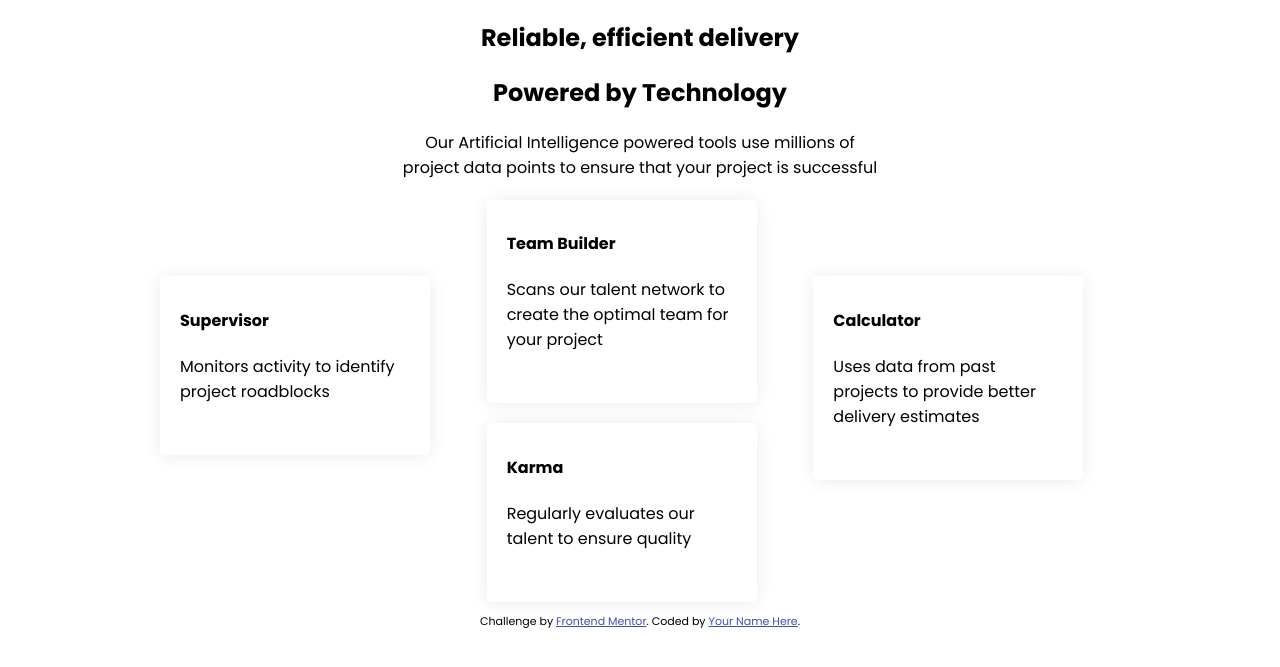
Repository: BuduCE/four-card-feature-section-master
Page: index.html
The author's editor kept a copy of each file at every save. The page is drawn from the files as they stood at one save, then again after a run of saves.
The browser window is 1280 px wide. The pictures show the whole page.

Above is the page before, as saved 2023-06-01 22:31:19.

### index.html
<!DOCTYPE html>
<html lang="en">
<head>
  <meta charset="UTF-8">
  <meta name="viewport" content="width=device-width, initial-scale=1.0"> <!-- displays site properly based on user's device -->

  <link rel="icon" type="image/png" sizes="32x32" href="./images/favicon-32x32.png">

  <title>Frontend Mentor | Four card feature section</title>

  <link rel="stylesheet" href="styles.css">
  <!-- Gogle font family -->
  <link rel="preconnect" href="https://fonts.googleapis.com">
  <link rel="preconnect" href="https://fonts.gstatic.com" crossorigin>
  <link
    href="https://fonts.googleapis.com/css2?family=Montserrat:ital,wght@0,200;0,300;0,400;0,500;0,600;0,700;0,800;0,900;1,200;1,300;1,400;1,500;1,600;1,700;1,800;1,900&family=Poppins:wght@100;200;300;400;500;700;900&display=swap"
    rel="stylesheet">
</head>
<body>
  <h2>Reliable, efficient delivery</h2>
  <h2>Powered by Technology</h2>

  <p class="header_detail">Our Artificial Intelligence powered tools use millions of project data points
  to ensure that your project is successful</p>

  <div class="product_card">
    <div class="card_containers">
      <div class="card specialX a">
        <h4>Supervisor</h4>
        <p>Monitors activity to identify project roadblocks</p>
        <img src="" alt="">
      </div>
    </div>

    <div class="card_containers special">
      <div class="card b">
        <h4>Team Builder</h4>
        <p>Scans our talent network to create the optimal team for your project</p>
        <img src="" alt="">
      </div>

      <div class="card c">
        <h4>Karma</h4>
        <p>Regularly evaluates our talent to ensure quality</p>
        <img src="" alt="">
      </div>
    </div>

    <div class="card_containers">
      <div class="card specialX d">
        <h4>Calculator</h4>
        <p>Uses data from past projects to provide better delivery estimates</p>
        <img src="" alt="">
      </div>
    </div>
  </div>

  <footer>
    <p class="attribution">
      Challenge by <a href="https://www.frontendmentor.io?ref=challenge" target="_blank">Frontend Mentor</a>.
      Coded by <a href="#">Your Name Here</a>.
    </p>
  </footer>
</body>
</html>

### styles.css
.attribution {
    font-size: 11px;
    text-align: center;
}

.attribution a {
    color: hsl(228, 45%, 44%);
}

body {
    font-family: 'Poppins', sans-serif;
    text-align: center;
    width: 75%;
    margin: auto;
}
.header_detail{
    width: 50%;
    margin: auto;
}
.product_card{
    display: grid;
    grid-template-columns: 1fr 1fr 1fr;
    /* display: flex;
    align-items: center; */
    gap: 20px;
    width: 100%;
    margin: auto;
    margin-top: 20px;
}
.card{
    padding: 10px 20px;
    width: 75%;
    text-align: left;
    -webkit-box-shadow: 0px 1px 18px 0px rgba(235, 235, 235, 1);
        -moz-box-shadow: 0px 1px 18px 0px rgba(235, 235, 235, 1);
        box-shadow: 0px 1px 18px 0px rgba(235, 235, 235, 1);
        border-radius: 5px;
}
.specialX{
    margin-top: 25%;
}
.special{
    display: flex;
    flex-direction: column;
    gap: 20px;
}

After the next 5 saves:
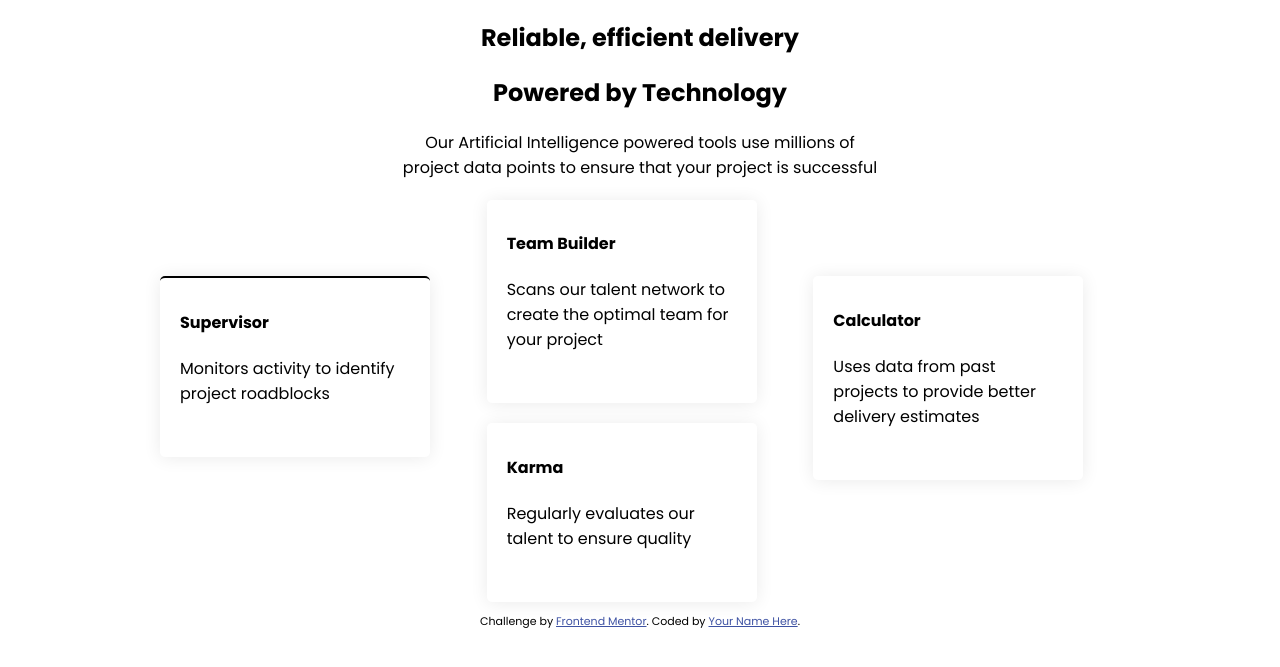
The 5 saves are shown as one change because they came seconds apart.
The last was saved 15 s later.
--- a/styles.css
+++ b/styles.css
@@ -44,3 +44,6 @@ body {
     flex-direction: column;
     gap: 20px;
 }
+.a{
+    border-top: 2px solid #000;
+}
